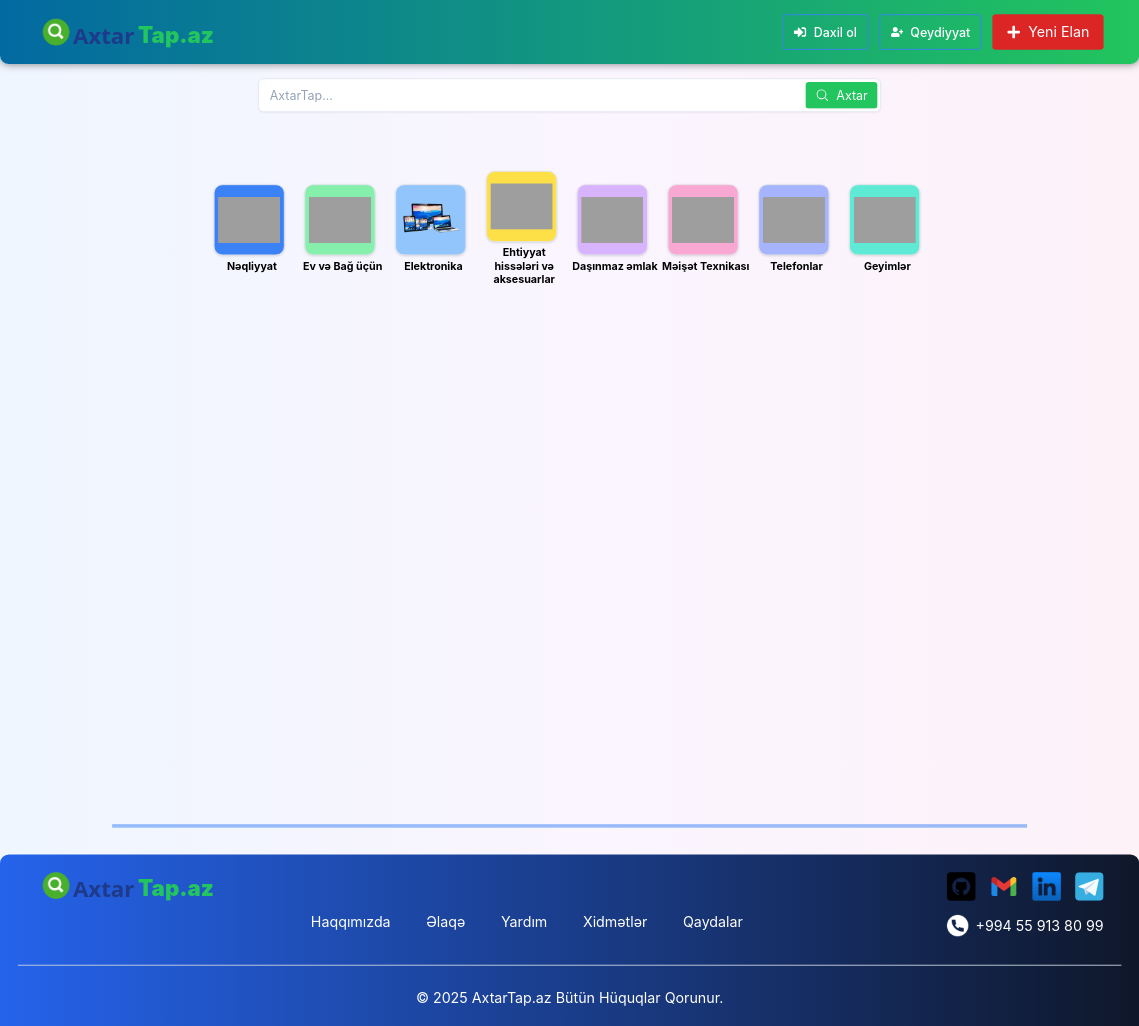
Repository: Omur56/AxtarTap.az
Page: /
These files come from the project's save history. The page is drawn as it stood at one moment and after the next save; the edit follows.
The browser window is 1280 px wide. The pictures show the whole page, at 89% of full size.
Pictures or frames that could not be fetched are drawn as grey boxes. The page's requests for data from a server got no answer. The project was rebuilt for these pictures with package versions that can differ from the ones it lists, and the page was loaded fresh each time. Some packages were replaced by stand-ins written for this rebuild. No one was signed in, and anything a server would have sent is missing. Also part of the build but not shown: src/pages/About/index.jsx, src/pages/Contact/index.jsx, src/pages/Qaydalar/index.jsx, src/pages/Yardım/index.jsx, src/pages/Xidmetler/index.jsx, src/components/CreatePostNeqliyyat/index.jsx, src/pages/Katalog/Neqliyyat/index.jsx, src/components/CreatePostHome/index.jsx and 30 more.

Above is the page before, as saved 2025-08-21 20:05:40.

### public/index.html
<!DOCTYPE html>
<html lang="en">
  <head>
    <meta charset="utf-8" />
    <link rel="icon" href="./assets/TitleLogoImg/titleLogoAxtar.png" />
    <meta name="viewport" content="width=device-width, initial-scale=1" />
    <meta name="theme-color" content="#449b5c" />
    <meta name="viewport" content="width=device-width, initial-scale=1, viewport-fit=cover">

    <meta
      name="description"
      content="Web site created using create-react-app"
    />
    <link rel="apple-touch-icon" href="./assets/TitleLogoImg/titleLogoAxtar.png" />
    <!--
      manifest.json provides metadata used when your web app is installed on a
      user's mobile device or desktop. See https://developers.google.com/web/fundamentals/web-app-manifest/
    -->
    <link rel="manifest" href="%PUBLIC_URL%/manifest.json" />
    <!--
      Notice the use of %PUBLIC_URL% in the tags above.
      It will be replaced with the URL of the `public` folder during the build.
      Only files inside the `public` folder can be referenced from the HTML.

      Unlike "/favicon.ico" or "favicon.ico", "%PUBLIC_URL%/favicon.ico" will
      work correctly both with client-side routing and a non-root public URL.
      Learn how to configure a non-root public URL by running `npm run build`.
    -->
    <title>AxtarTap.az</title>
  </head>
  <body>
    <noscript>You need to enable JavaScript to run this app.</noscript>
    <div id="root"></div>
    <!--
      This HTML file is a template.
      If you open it directly in the browser, you will see an empty page.

      You can add webfonts, meta tags, or analytics to this file.
      The build step will place the bundled scripts into the <body> tag.

      To begin the development, run `npm start` or `yarn start`.
      To create a production bundle, use `npm run build` or `yarn build`.
    -->
  </body>
</html>

### src/index.css
@tailwind base;
@tailwind components;
@tailwind utilities;



*{
    font-family: -apple-system, BlinkMacSystemFont, "Helvetica Neue", "Segoe UI", sans-serif;
}

### src/components/Main/index.jsx
import {Outlet,  useNavigate } from "react-router";
import Footer from "../Footer";
import BottomMenu from "../MobileMenu";
import Header from "../Header";



const RootLayout = () => {
  const navigate = useNavigate();

  return (
   <div className=" bg-gradient-to-r from-blue-50 via-purple-50 to-pink-50">
       <Header />

      <Outlet />
       <Footer/>
      <BottomMenu />
   </div>
  );
};

export default RootLayout;

### src/pages/Katalog/index.jsx
import { useEffect, useState } from "react";
import { useNavigate } from "react-router";
import { categories } from "./Cateqories";
import { Link } from "react-router-dom";

const Katalog = () => {
  const [activeId, setActiveId] = useState(null);
  const navigate = useNavigate();

  useEffect(() => {
    const savedId = sessionStorage.getItem("selectedCategoryId");
    if (savedId) {
      setActiveId(Number(savedId));
    }
  }, []);

  const handleCategoryClick = (id, path) => {
    setActiveId(id);
    localStorage.setItem("selectedCategoryId", id);
    navigate(`/Katalog/${encodeURIComponent(path)}`);
  };

  return (
    <div className="min-h-screen">

    <div className="min-h-[100px] w-full">
    <div className=" justify-center mx-auto my-[50px] place-items-center  max-w-[800px]  grid grid-cols-3 sm:grid-cols-4 md:grid-cols-5 lg:grid-cols-8 gap-4 ">
      {categories.map((cat) => (
        <Link
          key={cat.id}
          onClick={() => handleCategoryClick(cat.id, cat.path)}
          className="w-[100px] text-center"
        >
          <div className="">
            <button
              className={`${cat.bgColor}   transform hover:scale-105  mx-[7px]  border w-[80px] h-[80px] rounded-[10px] flex justify-center items-center shadow transition-all duration-200
               `}
            >
              <img
                src={cat.icon}
                alt={cat.label}
                className="object-contain w-[70px] h-[70px]"
              />
            </button>
            <div className="mt-1">
              <span
                className={`text-[12px]  text-black font-bold leading-tight block  `}
              >
                {cat.label}
              </span>
            </div>
          </div>
        </Link>
      ))}

    </div>
    </div>

    </div>
  );
};

export default Katalog;

### src/components/Footer/index.jsx
import { Link } from "react-router-dom";
import TitleLogo from "../TitleLogo";

function Footer() {
  return (
    <footer className="px-5 sm:px-5 py-5  bg-gradient-to-r from-blue-600 to-slate-900 rounded-t-[10px]">
      <div className="mx-auto max-w-[1200px] flex flex-col md:flex-row justify-between gap-2">

        <div className="flex justify-start max-h-[20px] md:justify-start">
          <div className="w-20 h-20">
            <TitleLogo />
          </div>
        </div>


        <div className="grid grid-cols-1 mt-[40px] gap-6 items-center text-white justify-center">
          <div className="flex flex-col sm:flex-row sm:gap-6 lg:gap-10 items-center">
            <Link className="hover:text-[#43D262] hover:underline" to={"/about"}>
              Haqqımızda
            </Link>
            <Link className="hover:text-[#43D262] hover:underline" to={"/contact"}>
              Əlaqə
            </Link>



            <Link className="hover:text-[#43D262] hover:underline" to={"/yardim"}>
              Yardım
            </Link>
            <Link className="hover:text-[#43D262] hover:underline" to={"/Xidmetler"}>
              Xidmətlər
            </Link>
            <Link className="hover:text-[#43D262] hover:underline" to={"/Qaydalar"}>
              Qaydalar
            </Link>
       </div>
        </div>

        <div className="flex flex-col items-center md:items-end gap-4">
          <div className="flex gap-4">
            <Link to={"https://github.com/omur56"}>
              <img
                className="w-8 h-8 sm:w-8 sm:h-8"
                src="/assets/SocialMediaIcon/github_3291695-removebg-preview.png"
                alt="Github"
              />
            </Link>
            <Link to={"https://mail.google.com/mail/?view=cm&fs=1&to=omur199624@gmail.com"}>
              <img
                className="w-8 h-8 sm:w-8 sm:h-8"
                src="/assets/SocialMediaIcon/icons8-gmail-48.png"
                alt="Gmail"
              />
            </Link>
            <Link to={"https://www.linkedin.com/in/%C3%B6m%C3%BCrxan-abdullayev-b2052a318"}>
              <img
                className="w-8 h-8 sm:w-8 sm:h-8"
                src="/assets/SocialMediaIcon/linkedin_3992606-removebg-preview.png"
                alt="Linkedin"
              />
            </Link>
            <Link to={"https://t.me/omurxan1"}>
              <img
                className="w-8 h-8 sm:w-8 sm:h-8"
                src="/assets/SocialMediaIcon/telegram-svgrepo-com.svg"
                alt="Telegram"
              />
            </Link>
          </div>

          <a
            className="text-white text-sm sm:text-base flex items-center gap-2 hover:underline hover:text-sky-400"
            href="tel:+994559138099"
          >
            <img
              className="w-6 h-6 sm:w-6 sm:h-6"
              src="/assets/SocialMediaIcon/telephoneicon.png"
              alt="Phone"
            />
            +994 55 913 80 99
          </a>
        </div>
      </div>

      <div className="border-t border-slate-300 mt-8"></div>

      <div className="flex justify-center mt-6">
        <p className="text-white text-center">© 2025 AxtarTap.az Bütün Hüquqlar Qorunur.</p>
      </div>
    </footer>
  );
}

export default Footer;

### src/components/MobileMenu/index.jsx
import React, { useState, useEffect } from "react";
import { Link } from "react-router-dom";
import { menuItems } from "../SideBarMenu/data";

const BottomMenu = () => {
  const [showNavbar, setShowNavbar] = useState(true);
  const [lastScrollY, setLastScrollY] = useState(0);

  useEffect(() => {
    const handleScroll = () => {
      const currentScrollY = window.scrollY;

      if (currentScrollY > lastScrollY) {
        // Aşağı scroll → gizlət
        setShowNavbar(false);
      } else {
        // Yuxarı scroll → göstər
        setShowNavbar(true);
      }

      setLastScrollY(currentScrollY);
    };

    window.addEventListener("scroll", handleScroll);
    return () => window.removeEventListener("scroll", handleScroll);
  }, [lastScrollY]);

  return (
    <div
      className={`md:hidden fixed bottom-0 left-0 w-full rounded-t-[10px] bg-white text-gray-500 flex justify-around items-center py-4 z-50 shadow-lg border-t border-gray-300 transition-transform duration-300 ${
        showNavbar ? "translate-y-0" : "translate-y-full"
      }`}
    >
      {menuItems.slice(0, 5).map((item) => (
        <Link
          key={item.id}
          to={item.url}
          className="flex flex-col items-center text-xs hover:text-[#01D063] transition-colors"
        >
          <div className="text-[25px]">{item.icon}</div>
          <span className="text-[10px]">{item.text}</span>
        </Link>
      ))}
    </div>
  );
};

export default BottomMenu;

### src/components/Header/index.jsx




import { useState } from "react";
import { useNavigate } from "react-router";
import TitleLogo from "../TitleLogo";
import { FaSignInAlt, FaUserPlus, FaPlus, FaUser, FaSignOutAlt } from "react-icons/fa";
import { Link } from "react-router-dom";
function Header() {
  const navigate = useNavigate();
  const [isLoggedIn, setIsLoggedIn] = useState(false);

  const handleLogin = () => {
    // login prosesiniz bitdikdən sonra
    setIsLoggedIn(true);
    navigate("/"); // login olduqda əsas səhifəyə yönləndirmək
  };

  const handleLogout = () => {
    setIsLoggedIn(false);
    navigate("/"); // logout olduqda əsas səhifəyə yönləndirmək
  };

  return (
    <header className="header bg-gradient-to-r from-sky-700 to-green-500 mx-auto my-auto shadow-[0px_0px_10px_0px_rgba(0,0,0,0.5)] rounded-b-[10px]">
      <div className="flex justify-between items-center py-4 mx-auto my-auto max-w-[1200px]">
        <TitleLogo />

        <div className="flex gap-3">
          {!isLoggedIn && (
            <>
              <button
                className="flex hidden md:flex transform ease-in-out duration-500 items-center text-[14px] font-[500] gap-2 bg-transparent border border-blue-500 text-white hover:text-white px-3 py-1 rounded-[4px] hover:bg-blue-500"
                onClick={() => navigate("/login")}
              >
                <FaSignInAlt /> Daxil ol
              </button>
              <button
                className="flex hidden md:flex transform ease-in-out duration-500 items-center text-[14px] font-[500] gap-2 bg-transparent border border-blue-500 text-white hover:text-white px-3 py-1 rounded-[4px] hover:bg-blue-500"
                onClick={() => navigate("/reqister")}
              >
                <FaUserPlus /> Qeydiyyat
              </button>
            </>
          )}

          {isLoggedIn && (
            <>
              <button
                className="flex hidden md:flex transform ease-in-out duration-500 items-center text-[14px] font-[500] gap-2 bg-transparent border border-blue-500 text-white hover:text-white px-3 py-1 rounded-[4px] hover:bg-blue-500"
                onClick={() => navigate("/profile")}
              >
                <FaUser /> Profil
              </button>
              <button
                className="flex hidden md:flex transform ease-in-out duration-500 items-center text-[14px] font-[500] gap-2 bg-red-600 text-white px-3 py-1 rounded-[4px] hover:bg-red-400"
                onClick={handleLogout}
              >
                <FaSignOutAlt /> Logout
              </button>
            </>
          )}

          <button
            className="flex hidden md:flex items-center gap-2 bg-red-600 text-white px-4 py-2 rounded-[4px] hover:bg-red-400 transition"
            onClick={() => navigate("/CreateCatalogPost")}
          >
            <FaPlus /> Yeni Elan
          </button>
        </div>
      </div>
    </header>
  );
}

export default Header;

### src/pages/Katalog/Cateqories/index.jsx

export const categories = [
  { id: 1, path: "Nəqliyyat", label: "Nəqliyyat", icon: "/assets/Katalog/carIcon-removebg-preview.png", bgColor: "bg-blue-500", color: "text-red-300", hover: "text-red-300" },
  { id: 2, path: "Ev_veBag", label: "Ev və Bağ üçün", icon: "/assets/Katalog/mebeltransparent.png", bgColor: "bg-green-300", color: "text-green-300", hover: "text-green-300" },
  { id: 3, path: "Elektronika", label: "Elektronika", icon: "/assets/Katalog/elektronika.png", bgColor: "bg-blue-300", color: "text-blue-300", hover: "text-blue-300" },
  { id: 4, path: "Ehtiyyat_hissələri_ve_aksesuarlar", label: "Ehtiyyat hissələri və aksesuarlar", icon: "/assets/Katalog/ehtiyyatHisseleri.png", bgColor: "bg-yellow-300" , color: "text-yellow-300", hover: "text-yellow-300"},
  { id: 5, path: "Daşınmaz_əmlak", label: "Daşınmaz əmlak", icon: "/assets/Katalog/binatransparent-removebg-preview.png", bgColor: "bg-purple-300", color: "text-purple-300", hover: "text-purple-300" },
  { id: 6, path: "Məişət_Texnikası", label: "Məişət Texnikası", icon: "/assets/Katalog/meiset.png", bgColor: "bg-pink-300" , color: "text-pink-300", hover: "text-pink-300"},
  { id: 7, path: "Telefonlar", label: "Telefonlar", icon: "/assets/Katalog/iphone-13.png", bgColor: "bg-indigo-300", color: "text-indigo-300", hover: "text-indigo-300" },
  { id: 8, path: "Geyimlər", label: "Geyimlər", icon: "/assets/Katalog/geyimler.png", bgColor: "bg-teal-300" , color: "text-teal-300", hover: "text-teal-300"},
  // { id: 9, path: "Zinət_əşyaları", label: "Zinət Əşyaları", icon: "/assets/Katalog/qizil.png", bgColor: "bg-orange-300" , color: "text-orange-300", hover: "text-orange-300"},
];

### src/components/TitleLogo/index.jsx
import { NavLink } from "react-router-dom";



function TitleLogo () {
    return <div className="title-logo p-2 w-[100px] h-[30px] flex  items-center  mb-[0px] cursor-pointer">
       <NavLink className={`w-[100px] h-[30px]`} to={"/"}><p className="flex gap-1 text-blue-900 text-[25px] font-black font-sans"><img className="w-[30px] h-[30px]" src="/assets/TitleLogoImg/axtaricon.png" alt="TezTap" />Axtar<span className="text-green-500 font-black text-[25px]">Tap.az</span></p></NavLink>

         {/* <img src="/assets/TitleLogoImg/titleLogoAxtar.png" alt="TezTap" /> */}
    </div>;
}

export default TitleLogo;

### src/components/SideBarMenu/data.jsx


import {
  FaHome,
  FaUser,
  FaCog,
  FaEnvelope,
  FaThLarge,
   FaPlus,
   FaSearch,
} from "react-icons/fa";
import { MdPersonAdd } from "react-icons/md";
export const menuItems = [
  {
    id: 1,
    text: "Əsas",
    url: "/",
    icon: <FaHome />,
  },
  {
    id: 2,
    text: "Katalog",
    url: "/Katalog",
    icon: <FaThLarge />,
  },
  {
    id: 3,
    text: "Yeni Elan",
    url: "/CreateCatalogPost",
    icon:<FaPlus size={30} /> ,
  },
  {
    id: 4,
    text: "Profil",
    url: "/Login",
    icon: <FaUser />,
  },
  {
    id: 5,
    text: "Axtarış",
    url: "/search",
    icon: <FaSearch  />,
  },
  {
    id: 6,
    text: "Əlaqə",
    url: "/contact",
    icon: <FaEnvelope />,
  },

  {
    id: 7,
    text: "Settings",
    url: "/settings",
    icon: <FaCog />,

  },
    // {
  //   id: 5,
  //   text: "Haqqımızda",
  //   url: "/about",
  //   icon: <FaInfoCircle />,
  // },
];

Loaded but not shown: src/app/routes.js (225 lines, source omitted); tailwind.config.js (29 lines, source omitted); src/index.js (20 lines, source omitted); src/app/index.js (17 lines, source omitted); src/pages/Home/index.jsx (584 lines, source omitted)

After the next save:
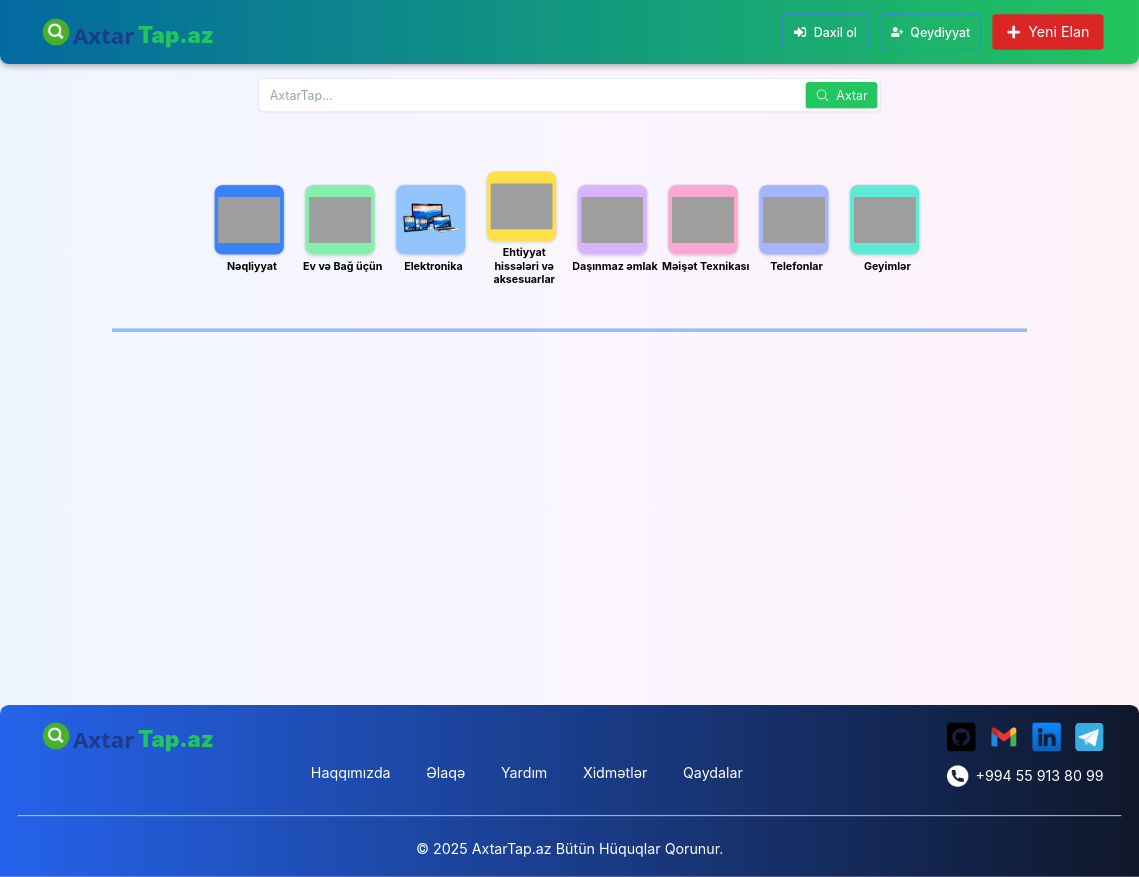
Saved 28 s later.
--- a/src/pages/Katalog/index.jsx
+++ b/src/pages/Katalog/index.jsx
@@ -21,7 +21,7 @@ const Katalog = () => {
   };
 
   return (
-    <div className="min-h-screen">
+    <div className="">
 
     <div className="min-h-[100px] w-full">
     <div className=" justify-center mx-auto my-[50px] place-items-center  max-w-[800px]  grid grid-cols-3 sm:grid-cols-4 md:grid-cols-5 lg:grid-cols-8 gap-4 ">
